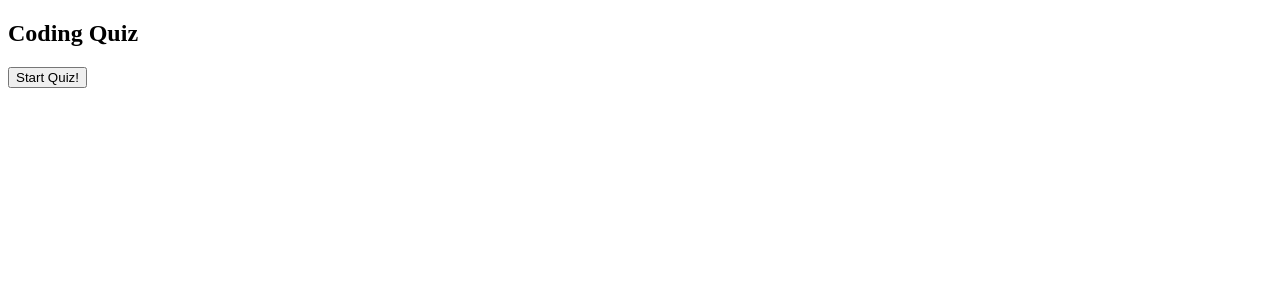
Repository: ziffoit/Code-Quiz
Page: index.html
These files come from the project's save history. The page is drawn as it stood at one moment and after the next save; the edit follows.
The browser window is 1280 px wide. The pictures show the whole page.

Above is the page before, as saved 2021-03-12 20:28:44.

After the next save:
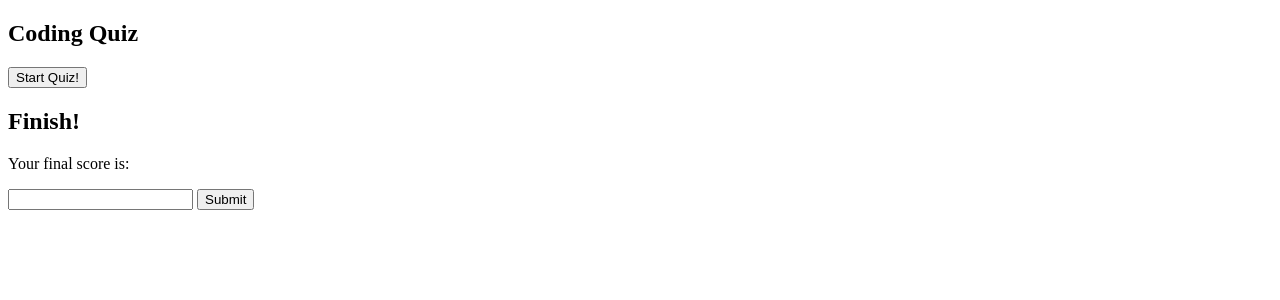
Saved 20 min 37 s later.
--- a/index.html
+++ b/index.html
@@ -20,6 +20,15 @@
       <h1 id="quizQuestion"></h1>
       <div id="previousResult"></div>
     </section>
+    <section id="endPage">
+      <h1>Finish!</h1>
+      <p>Your final score is:</p>
+      <p id="finalScore"></p>
+      <form id="yourScore">
+        <input type="text" />
+        <button>Submit</button>
+      </form>
+    </section>
     <script src="./Assets/script.js"></script>
   </body>
 </html>

After the 2 saves that followed:
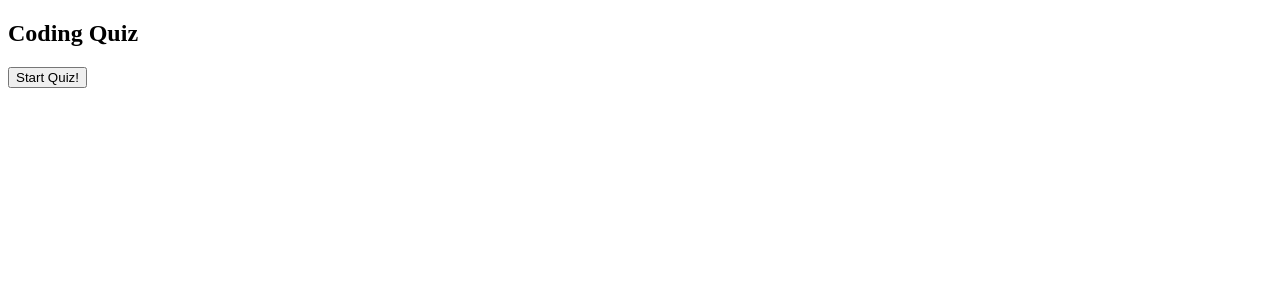
The 2 saves are shown as one change because 1 left the picture as it was.
The last was saved 6 min 56 s later.
--- a/index.html
+++ b/index.html
@@ -25,7 +25,7 @@
       <p>Your final score is:</p>
       <p id="finalScore"></p>
       <form id="yourScore">
-        <input type="text" />
+        <input type="text" id="initials" />
         <button>Submit</button>
       </form>
     </section>
--- a/Assets/script.js
+++ b/Assets/script.js
@@ -6,6 +6,7 @@ var quizQuestion = document.querySelector("#quizQuestion")
 var quizSection = document.querySelector("#quizSection")
 var timer;
 var timerElement = document.querySelector(".timer")
+var endPage = document.querySelector("#endPage")
 var questionsArray = [
     {
         question:"Commonly used data types DO NOT include:",
@@ -24,6 +25,7 @@ var questionsArray = [
     },
 ]
 var questionTracker = 0
+endPage.setAttribute("class", "hidden")
 //executed when start button is clicked
 // local storage for keeping highscores
 function startQuiz() {
